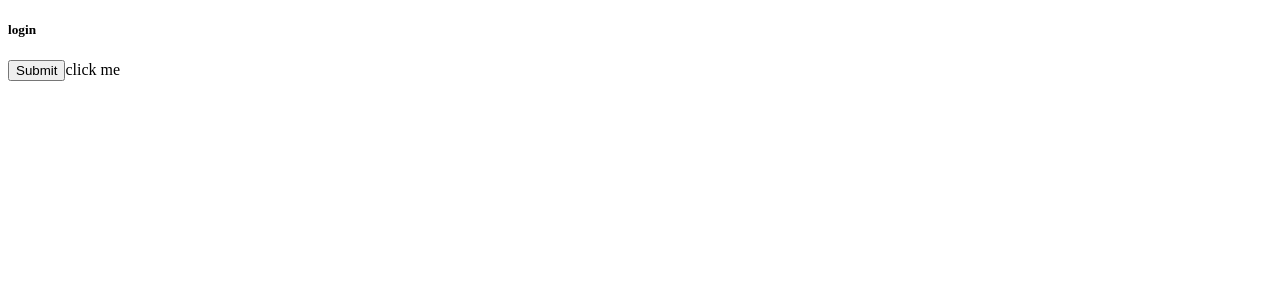
Repository: Yogesh12P/BridgeLabzJava
Page: servletContextExample/WebContent/login.html
An editor plug-in stored every save of this project. The page is shown before and after the next save, followed by the edit.
The browser window is 1280 px wide. The pictures show the whole page.

Above is the page before, as saved 2017-11-10 07:05:00.

### servletContextExample/WebContent/login.html
<!DOCTYPE html>
<html>
<head>
<meta charset="UTF-8">
<title>Insert title here</title>
</head>
<body>
	<form action="onParam" method="post">
		<h5>login</h5>
		<input type="submit">click me
	</form>
</body>
</html>

After the next save:
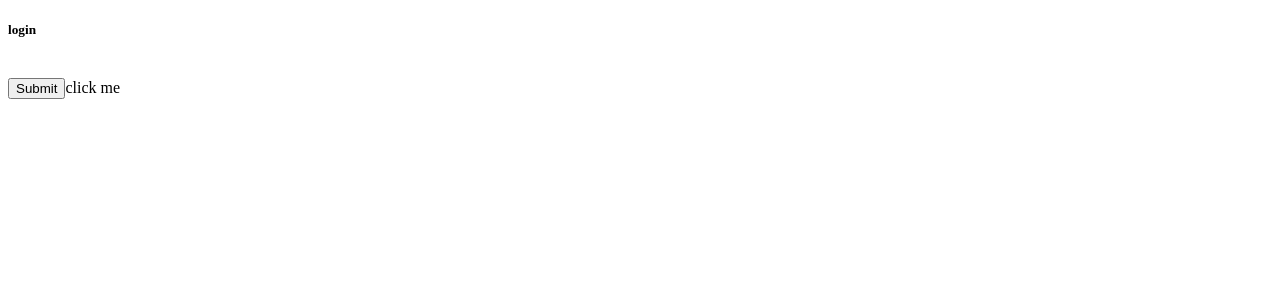
Saved 4 s later.
--- a/servletContextExample/WebContent/login.html
+++ b/servletContextExample/WebContent/login.html
@@ -6,7 +6,7 @@
 </head>
 <body>
 	<form action="onParam" method="post">
-		<h5>login</h5>
+		<h5>login</h5><br>
 		<input type="submit">click me
 	</form>
 </body>
